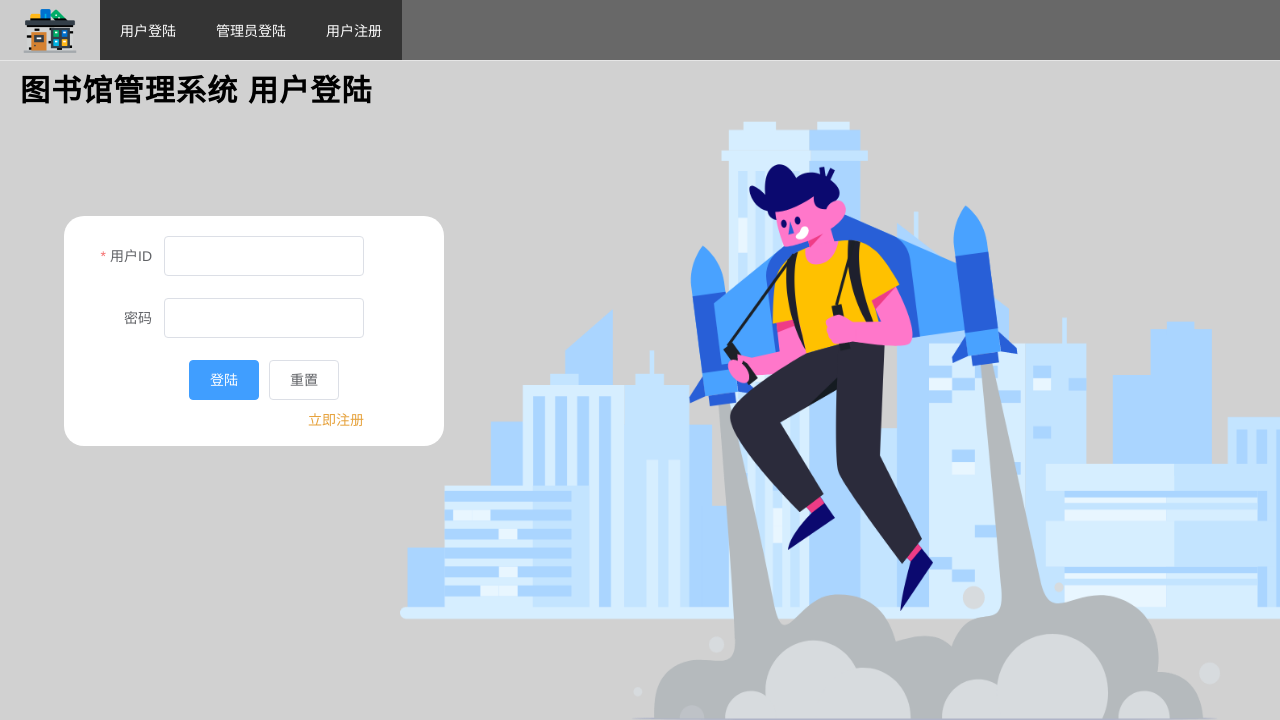
Repository: Akron-xz/helloVue
Page: /#/userLogin (app in vue-library/)
An editor plug-in stored every save of this project. The page is shown before and after the next save, followed by the edit.
The browser window is 1280 px wide. The pictures show the whole page.
The project was rebuilt for these pictures with package versions that can differ from the ones it lists, and the page was loaded fresh each time. Also part of the build but not shown: vue-library/src/views/Home.vue.

Above is the page before, as saved 2020-11-24 19:58:56.

### vue-library/src/main.js
import Vue from 'vue'
import App from './App.vue'
import ElementUI from 'element-ui';
import 'element-ui/lib/theme-chalk/index.css';
import axios from "axios"
import router from './router'
import Router from 'vue-router'

const routerPush = Router.prototype.push
Router.prototype.push = function push(location) {
    return routerPush.call(this, location).catch(error => error)
}

Vue.config.productionTip = false
Vue.use(ElementUI);
Vue.prototype.$axios = axios;


new Vue({
    router,
    render: h => h(App)
}).$mount('#app')

### vue-library/src/router/index.js
import Vue from 'vue'
import VueRouter from 'vue-router'
import Home from '../views/Home.vue'


Vue.use(VueRouter)

const routes = [{
        path: '/',
        name: 'Home',
        component: Home
    },
    {
        path: '/about',
        name: 'About',
        // route level code-splitting
        // this generates a separate chunk (about.[hash].js) for this route
        // which is lazy-loaded when the route is visited.
        component: () =>
            import ( /* webpackChunkName: "about" */ '../views/About.vue')
    },
    {
        path: '/admin',
        name: 'Admin',
        // route level code-splitting
        // this generates a separate chunk (about.[hash].js) for this route
        // which is lazy-loaded when the route is visited.
        component: () =>
            import ( /* webpackChunkName: "about" */ '../views/Administrator.vue')
    },
    {
        path: "/userLogin",
        name: "UserLogin",
        component: () =>
            import ('../views/UserLogin.vue')
    },
    {
        path: "/user",
        name: "User",
        component: () =>
            import ( /* webpackChunkName: "about" */ '../views/User.vue')
    },
    {
        path: "/signup",
        name: "SignUp",
        component: () =>
            import ('../views/SignUp.vue')
    },
    {
        path: "/adminmain",
        name: "AdminMain",
        component: () =>
            import ('../views/AdminMain.vue')
    },
    {

        path: "/MyInformation",
        name: "MyInformation",
        component: () =>
            import ('../views/MyInformation.vue')
    },
    {
        path: "/library",
        name: "Library",
        component: () =>
            import ( /* webpackChunkName: "about" */ '../views/Library.vue')

    },
    {
        path: "/modifymsg",
        name: "ModifyMsg",
        component: () =>
            import ('../views/ModifyMsg.vue')
    },
    {
        path: "/borrowhistory",
        name: "BorrowHistory",
        component: () =>
            import ('../views/BorrowHistory.vue')
    },
    {
        path: "/newissue",
        name: "NewIssue",
        component: () =>
            import ('../views/NewIssue.vue')
    },
    {
        path: "/booksearch",
        name: "BookSearch",
        component: () =>
            import ('../views/BookSearch.vue')
    },
    {
        path: "/MyBookshelves",
        name: "MyBookshelves",
        component: () =>
            import ('../views/MyBookshelves.vue')
    },
    {
        path: "/modifyAnnounce",
        name: "ModifyAnnounce",
        component: () =>
            import ('../views/ModifyAnnounce.vue')
    },
    {
        path: "/statistics",
        name: "Statistics",
        component: () =>
            import ('../views/Statistics.vue')
    },


]

const router = new VueRouter({
    routes
})

export default router

### vue-library/src/views/UserLogin.vue
<template>
<div  class="login-container">
      <!-- need to change (fixed)-->
      <homeNavigation></homeNavigation>
      <el-header>图书馆管理系统  用户登陆</el-header>
      <div class="loginBox">
        <el-form :model="ruleForm" :rules="rules" ref="ruleForm" label-width="100px" class="demo-ruleForm">
          <el-form-item label="用户ID" prop="userId">
            <el-input v-model="ruleForm.userId"></el-input>
          </el-form-item>
          <el-form-item label="密码" prop="password">
            <el-input v-model="ruleForm.password" type="password"></el-input>
        </el-form-item>
        <el-form-item>
          <el-button type="primary" @click="submitForm('ruleForm')">登陆</el-button>
          <el-button @click="resetForm('ruleForm')">重置</el-button>
          <el-link type="warning" @click="toSignUp">立即注册</el-link>
        </el-form-item>
      </el-form>
    </div>
    <div class="img">
    <img src="/img/loginImg.png" alt="" class="loginImg">
    </div>

      <!-- <div class="loginBox">
        <el-form :model="ruleForm" :rules="rules" ref="ruleForm" label-width="100px" class="demo-ruleForm">
          <el-form-item label="用户名" prop="username">
            <el-input v-model="ruleForm.username"></el-input>
          </el-form-item>
          <el-form-item label="密码" prop="password">
           <el-input v-model="ruleForm.password" type="password"
              oncopy="return false"
              onpaste="return false"
              oncut="return false"></el-input>
          </el-form-item>
          <el-form-item>
            <el-button type="primary" @click="submitForm('ruleForm')">登陆</el-button>
            <el-button @click="resetForm('ruleForm')">重置</el-button>
          </el-form-item>
        </el-form>
      </div> -->

</div>
</template>


<script>
import axios from "axios"
import homeNavigation from '@/components/homeNav.vue'
export default {
    components:{
        homeNavigation
    },
    data() {
      var validatePass = (rule, value, callback) => {
        if (value === '') {
          callback(new Error('请输入密码'));
        } else {
          callback();
        }
      };

    return {
          ruleForm: {
          userId: '',
          password:'',
        },

        user:[],

        rules:{
            userId:[
                { required: true, message: '请输入用户名', trigger: 'blur'}
            ],

             password: [
            { validator: validatePass, trigger: 'blur' },
            { min: 8, max: 24,message: '长度应在 8 到 24 个字符', trigger: 'blur'}
          ],
        },
    };


    },
      methods: {
      //用户登录
      submitForm(formName) {
        this.$refs[formName].validate((valid) => {
          if (valid) {
            axios({
              method:"post",
              url:"http://localhost:8081/login",
              params : {
                id : parseInt(this.ruleForm.userId),
                password : this.ruleForm.password,
              }
            }).then(res=>{
              // 获取后台返回的数据
              // 若有就得到json，若无就得到空
              this.user = res.data;
              console.log(this.user);

              // 结果是undefined
              // 应该是数组的大小被改变后length就为undefined
              console.log(this.user.length);

              if (this.user) {
                console.log("登陆成功");
                // session保存登录的用户信息
                sessionStorage.setItem("userSession", JSON.stringify(this.user));
                // console.log(JSON.parse(sessionStorage.getItem("userSession")));

                // 路由跳转
                this.$router.push({path:'/user'});

              } else {
                this.$message({
                  message: '登录失败！请检查你的账号和密码是否正确。',
                  type: 'error'
                });
                this.ruleForm.userId = "";
                this.ruleForm.password = "";
              }
            })
          } else {
            console.log('错误的表单提交');
            return false;
          }
        });
      },
      resetForm(formName) {
        this.$refs[formName].resetFields();
      },
      toSignUp(){
            this.$router.push({path:'/SignUp'})
      },
    }

}
</script>

<style scoped>
.login-container{
    position: fixed;
    display: flex;
    flex-direction: column;
    left: 0;
    top:0;
    width: 100%;
    height: 100%;
    background-repeat: no-repeat;
    background-size: 100%;
    background: rgba(88, 88, 88, 0.274);
}
.demo-ruleForm{
        position: absolute;
        top: 20px;
        width: 300px;
        height: 50px;
 }

.el-header {
    text-align: left;
    line-height: 60px;
    font-weight: 1000;
    font-size: 30px;
    color: black;
    letter-spacing: 0.04em;
  }

.loginBox{
  position: absolute;
  top: 30%;
  left: 5%;
  width: 380px;
  height: 230px;
  border-radius: 20px;
  background: white;
}

.el-link{
  float: right;
}

.img{
  margin-left: 100px;
  height: 100px;
  width: 1000px;
}

.loginImg{
  margin-left: 300px;
  height: 600px;
  width: 1000px;
}
</style>

### vue-library/src/components/homeNav.vue
<template>

    <div class="navigation-bar">
        <el-menu
            class="el-menu-demo"
            mode="horizontal"
            @select="handleSelect"
            background-color="#00000080"
            text-color="#ffffff"
            text-font="15px"
            border="none"
            >


            <el-menu-item index="1" @click="toMain">
                <img src="/img/libraryIcon.png" alt="" target="_self" class="libraryIcon">
            </el-menu-item>

            <el-menu-item index="2" @click="toLogin">
                <a  target="_self"  >用户登陆</a>
            </el-menu-item>

            <el-menu-item index="3" @click="toAdministrator">
                <a  target="_self">管理员登陆</a>
            </el-menu-item>

            <el-menu-item index="4" @click="toSignUp">
                <a  target="_self">用户注册</a>
            </el-menu-item>

            <!-- <el-menu-item index="5" @click="toLibrary">
                <a  target="_self">图书馆</a>
            </el-menu-item> -->

            <!-- <el-menu-item index="6" class="exitIcon">
                <img src="/img/logoutIcon.png" alt="" target="_self" class="logoutIcon">
            </el-menu-item> -->

            <!-- <el-menu-item index="6" @click="toMain">
                <a  target="_self">返回主页</a>
            </el-menu-item> -->
        </el-menu>

    </div>
</template>

<script>
export default {
    name:"Nav",
    data() {
      return {
        activeIndex: '1'
      }
    },
    methods: {
    handleSelect(key, keyPath) {
      console.log(key, keyPath);
    },
    toMain(){
      this.$router.push({path:'/'});
    },

    toLogin(){
      this.$router.push({path:'/UserLogin'});
    },
    toAdministrator(){
      this.$router.push({path:'/Admin'});
    },
    toSignUp(){
      this.$router.push({path:'/SignUp'});
    },




  },

}
</script>>

<style scoped>
.libraryIcon{
  height: 60px;
  width: 60px;
}

.exitIcon{
  float: right;
}

.logoutIcon{
  height: 40px;
  width: 40px;
}

</style>>

Loaded but not shown: vue-library/public/index.html (common file); vue-library/src/App.vue (common file)

After the next save:
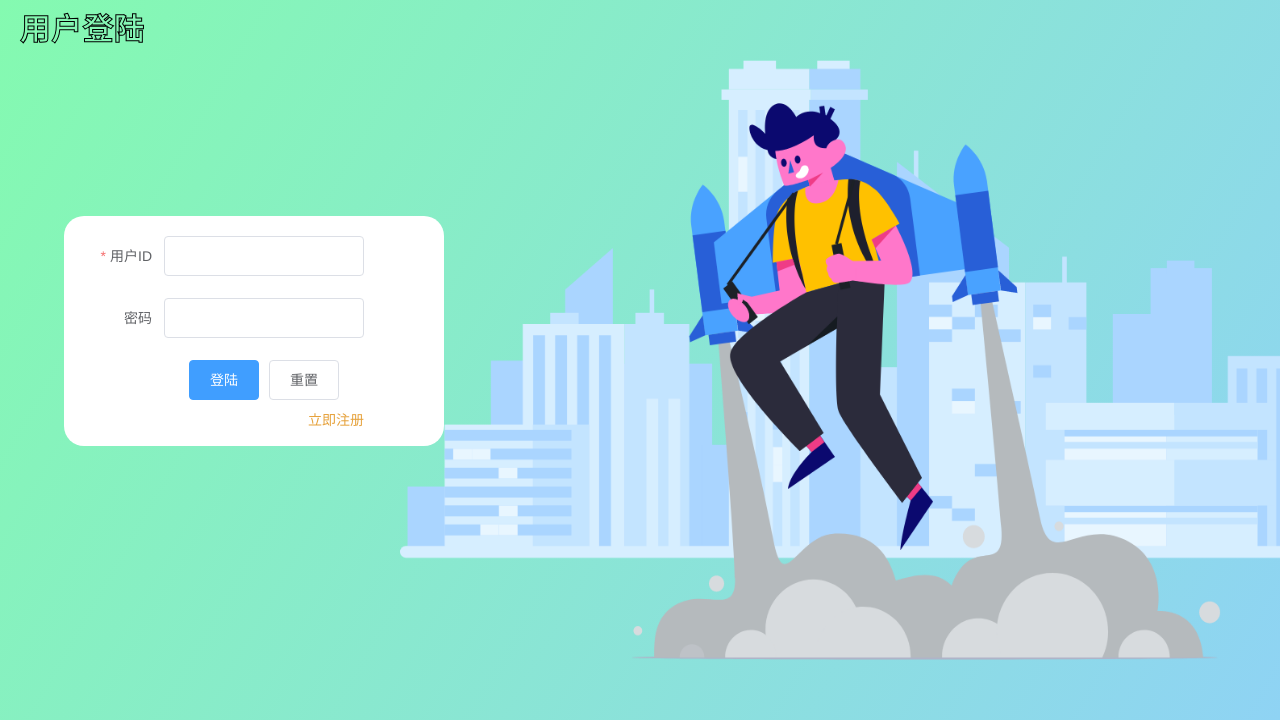
Saved 74 s later.
--- a/vue-library/src/views/UserLogin.vue
+++ b/vue-library/src/views/UserLogin.vue
@@ -1,8 +1,8 @@
 <template>
 <div  class="login-container">
       <!-- need to change (fixed)-->
-      <homeNavigation></homeNavigation>
-      <el-header>图书馆管理系统  用户登陆</el-header>
+
+      <el-header>用户登陆</el-header>
       <div class="loginBox">
         <el-form :model="ruleForm" :rules="rules" ref="ruleForm" label-width="100px" class="demo-ruleForm">
           <el-form-item label="用户ID" prop="userId">
@@ -46,11 +46,7 @@
 
 <script>
 import axios from "axios"
-import homeNavigation from '@/components/homeNav.vue'
 export default {
-    components:{
-        homeNavigation
-    },
     data() {
       var validatePass = (rule, value, callback) => {
         if (value === '') {
@@ -70,7 +66,7 @@ export default {
 
         rules:{
             userId:[
-                { required: true, message: '请输入用户名', trigger: 'blur'}
+                { required: true, message: '请输入用户ID', trigger: 'blur'}
             ],
 
              password: [
@@ -150,7 +146,7 @@ export default {
     height: 100%;
     background-repeat: no-repeat;
     background-size: 100%;
-    background: rgba(88, 88, 88, 0.274);
+    background-image: linear-gradient(120deg, #84fab0 0%, #8fd3f4 100%);
 }
 .demo-ruleForm{
         position: absolute;
@@ -164,7 +160,8 @@ export default {
     line-height: 60px;
     font-weight: 1000;
     font-size: 30px;
-    color: black;
+    color: transparent;
+   -webkit-text-stroke: 1px black;
     letter-spacing: 0.04em;
   }
 
